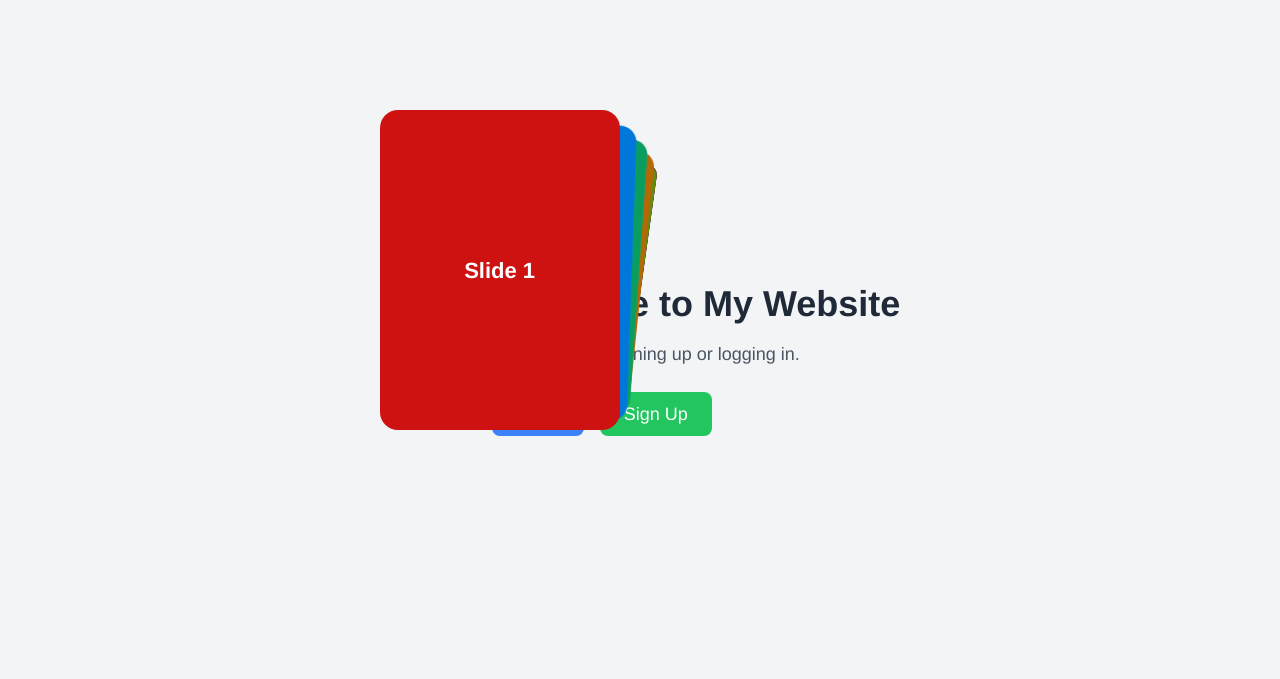
Repository: prathyushaa5/BuyYours
Page: / (app in Frontend/)
The author's editor kept a copy of each file at every save. The page is drawn from the files as they stood at one save, then again after the next save.
The browser window is 1280 px wide. The pictures show the whole page.
The project was rebuilt for these pictures with package versions that can differ from the ones it lists, and the page was loaded fresh each time. Also part of the build but not shown: Frontend/vite.config.js, Frontend/src/components/Login.jsx, Frontend/src/components/Signup.jsx, Frontend/src/components/Home.jsx.

Above is the page before, as saved 2025-02-12 08:32:29.

### Frontend/src/App.jsx
import { BrowserRouter as Router, Routes, Route } from "react-router-dom";
import { useState } from "react";
import Main from "./components/Main";
import Login from "./components/Login";
import Signup from "./components/Signup";
import Home from "./components/Home";

export default function App() {
  const [token, setToken] = useState(null);

  const handleLogin = (userToken) => {
    setToken(userToken);
  };

  return (
    <Router>
      <Routes>
        {/* Show Main page first */}
        <Route path="/" element={<Main />} />

        {/* Login Page */}
        <Route path="/login" element={<Login onLogin={handleLogin} />} />

        {/* Signup Page */}
        <Route path="/signup" element={<Signup />} />

        {/* Home Page (Protected) */}
        <Route path="/home" element={token ? <Home /> : <Login onLogin={handleLogin} />} />
      </Routes>
    </Router>
  );
}

### Frontend/src/components/Main.jsx
import { useNavigate } from "react-router-dom";
import { Swiper, SwiperSlide } from "swiper/react";
import { EffectCards } from "swiper/modules";
import "swiper/css";
import "swiper/css/effect-cards";
import "../style.css";

export default function Main() {
  const navigate = useNavigate();

  return (
    <div className="flex items-center justify-center min-h-screen bg-gray-100 p-6">
      {/* Left: Swiper Section */}
      <div className="w-16 h-[500px] mr-12">
      <Swiper
        effect={'cards'}
        grabCursor={true}
        modules={[EffectCards]}
        className="mySwiper"
      >
        <SwiperSlide>Slide 1</SwiperSlide>
        <SwiperSlide>Slide 2</SwiperSlide>
        <SwiperSlide>Slide 3</SwiperSlide>
        <SwiperSlide>Slide 4</SwiperSlide>
        <SwiperSlide>Slide 5</SwiperSlide>
        <SwiperSlide>Slide 6</SwiperSlide>
        <SwiperSlide>Slide 7</SwiperSlide>
        <SwiperSlide>Slide 8</SwiperSlide>
        <SwiperSlide>Slide 9</SwiperSlide>
      </Swiper>
      </div>

      {/* Right: Welcome Text & Buttons */}
      <div className="flex flex-col items-start">
        <h1 className="text-4xl font-extrabold text-gray-800 mb-4">
          Welcome to My Website
        </h1>
        <p className="text-lg text-gray-600 mb-6">
          Get started by signing up or logging in.
        </p>

        <div className="flex space-x-4">
          <button
            onClick={() => navigate("/login")}
            className="px-6 py-2 bg-blue-500 text-white text-lg rounded-lg hover:bg-blue-600 transition"
          >
            Login
          </button>
          <button
            onClick={() => navigate("/signup")}
            className="px-6 py-2 bg-green-500 text-white text-lg rounded-lg hover:bg-green-600 transition"
          >
            Sign Up
          </button>
        </div>
      </div>
    </div>
  );
}

### Frontend/src/style.css
#app { height: 100% }
html,
body {
  position: relative;
  height: 100%;
}

body {
  background: #eee;
  font-family: Helvetica Neue, Helvetica, Arial, sans-serif;
  font-size: 14px;
  color: #000;
  margin: 0;
  padding: 0;
}

body {
  background: #fff;
  font-family: Helvetica Neue, Helvetica, Arial, sans-serif;
  font-size: 14px;
  color: #000;
  margin: 0;
  padding: 0;
}

html,
body {
  position: relative;
  height: 100%;
}

#app {
  display: flex;
  justify-content: center;
  align-items: center;
}

.swiper {
  width: 240px;
  height: 320px;
}

.swiper-slide {
  display: flex;
  align-items: center;
  justify-content: center;
  border-radius: 18px;
  font-size: 22px;
  font-weight: bold;
  color: #fff;
}

.swiper-slide:nth-child(1n) {
  background-color: rgb(206, 17, 17);
}

.swiper-slide:nth-child(2n) {
  background-color: rgb(0, 140, 255);
}

.swiper-slide:nth-child(3n) {
  background-color: rgb(10, 184, 111);
}

.swiper-slide:nth-child(4n) {
  background-color: rgb(211, 122, 7);
}

.swiper-slide:nth-child(5n) {
  background-color: rgb(118, 163, 12);
}

.swiper-slide:nth-child(6n) {
  background-color: rgb(180, 10, 47);
}

.swiper-slide:nth-child(7n) {
  background-color: rgb(35, 99, 19);
}

.swiper-slide:nth-child(8n) {
  background-color: rgb(0, 68, 255);
}

.swiper-slide:nth-child(9n) {
  background-color: rgb(218, 12, 218);
}

.swiper-slide:nth-child(10n) {
  background-color: rgb(54, 94, 77);
}

Loaded but not shown: Frontend/index.html (common file); Frontend/src/main.jsx (common file); Frontend/src/index.css (common file); Frontend/tailwind.config.js (common file)

After the next save:
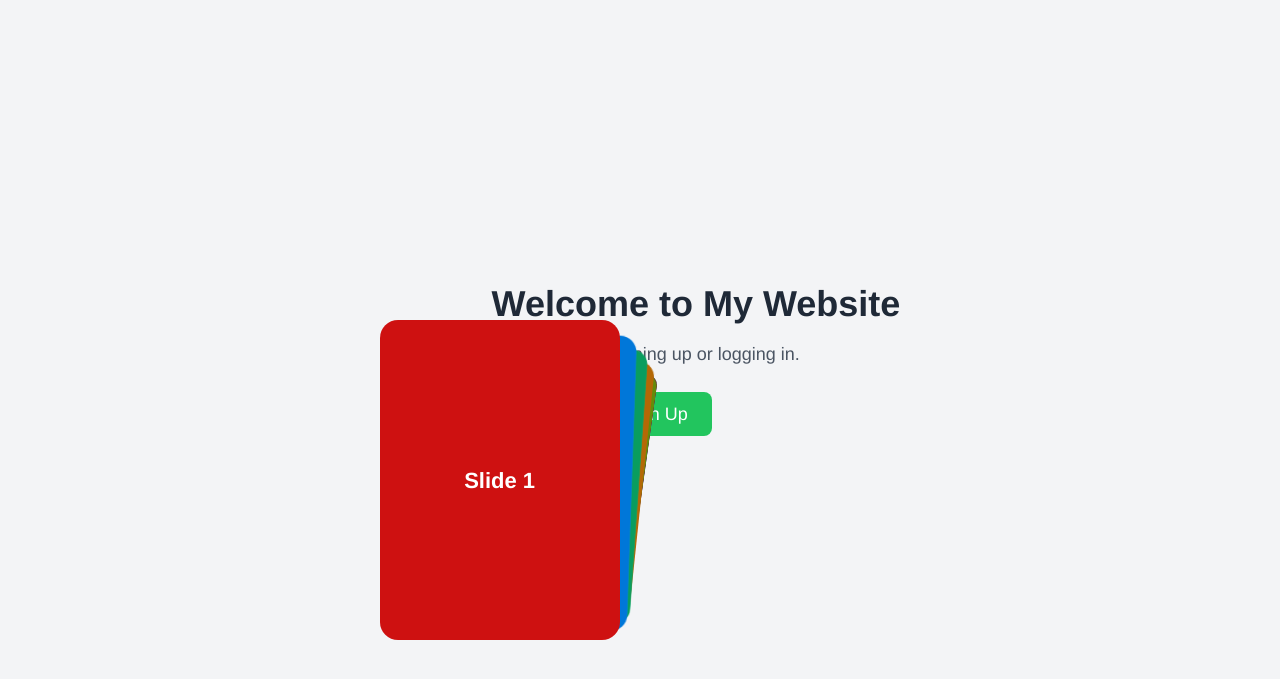
Saved 10 s later.
--- a/Frontend/src/components/Main.jsx
+++ b/Frontend/src/components/Main.jsx
@@ -11,7 +11,7 @@ export default function Main() {
   return (
     <div className="flex items-center justify-center min-h-screen bg-gray-100 p-6">
       {/* Left: Swiper Section */}
-      <div className="w-16 h-[500px] mr-12">
+      <div className="w-16 h-20 mr-12">
       <Swiper
         effect={'cards'}
         grabCursor={true}
